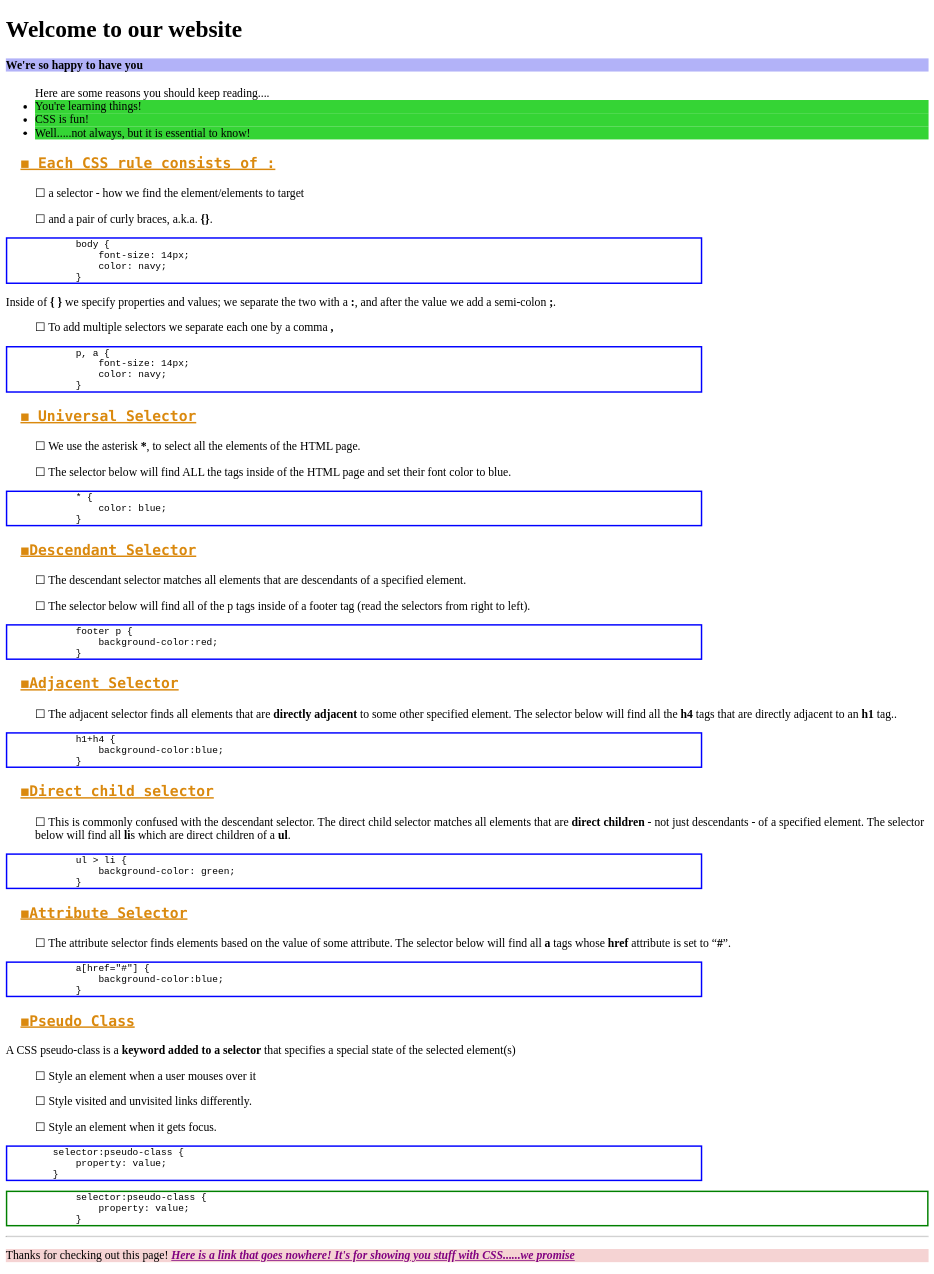
Repository: AnnaSpirit/Tests__
Page: CSS/Useful_Selectors.html
These files come from the project's save history. The page is drawn as it stood at one moment and after the next save; the edit follows.
The browser window is 1280 px wide. The pictures show the whole page, at 73% of full size.

Above is the page before, as saved 2024-04-01 18:02:26.

### CSS/Useful_Selectors.html
<!DOCTYPE html>
<html lang="en">
<head>
    <meta charset="UTF-8">
    <meta name="viewport" content="width=device-width, initial-scale=1.0">
    <title>Useful Selectors</title>
    <link rel="stylesheet" href="style_Selectors.css">
</head>
<body>
    <header>
        <h1>Welcome to our website</h1>
        <h4>We're so happy to have you</h4>
    </header>
    <section>
        <ul> Here are some reasons you should keep reading....
            <li>You're learning things!</li>
            <li>CSS is fun!</li>
            <li>Well.....not always, but it is essential to know!</li>
        </ul>
    </section>
    <section>
        <h3 style="padding-left: 20px;"> &#9724; Each CSS rule consists of :</h3>
            <p style="padding-left: 40px;"> &#9744; a selector - how we find the element/elements to target</p>
            <p style="padding-left: 40px;"> &#9744; and a pair of curly braces, a.k.a. <b>{}</b>.</p>
    <span >
        <pre style="border: 2px solid blue; margin-right: 310px">
            body {
                font-size: 14px;
                color: navy;
            }</pre></span>
    <p>Inside of <b>{ }</b> we specify properties and values; we separate the two with a <b>:</b>, and after the value we add a semi-colon <b>;</b>.</p>
            <p style="padding-left: 40px;"> &#9744; To add multiple selectors we separate each one by a comma <b>,</b></p>
    <span>
        <pre style="border: 2px solid blue; margin-right: 310px">
            p, a {
                font-size: 14px;
                color: navy;
            }</pre>
        </span>
        <h3 style="padding-left: 20px;"> &#9724; Universal Selector</h3>
        <p style="padding-left: 40px;">&#9744; We use the asterisk <b>*</b>, to select all the elements of the HTML page.</p>
        <p style="padding-left: 40px;">&#9744; The selector below will find ALL the tags inside of the HTML page and set their font color to blue.</p>
    <span>
        <pre style="border: 2px solid blue; margin-right: 310px">
            * {
                color: blue;
            }</pre>
    </span>
    <h3 style="padding-left: 20px;"> &#9724;Descendant Selector</h3>
    <p style="padding-left: 40px;">&#9744; The descendant selector matches all elements that are descendants of a specified element.</p>
    <p style="padding-left: 40px;">&#9744; The selector below will find all of the p tags inside of a footer tag (read the selectors from right to left).</p>
    <span>
        <pre style="border: 2px solid blue; margin-right: 310px">
            footer p {
                background-color:red;
            }</pre>
    </span>
    <h3 style="padding-left: 20px;"> &#9724;Adjacent Selector</h3>
    <p style="padding-left: 40px;">&#9744; The adjacent selector finds all elements that are <b>directly adjacent</b> to some other specified element. The selector below
    will find all the <b>h4</b> tags that are directly adjacent to an <b>h1</b> tag..</p>
    <span>
        <pre style="border: 2px solid blue; margin-right: 310px">
            h1+h4 {
                background-color:blue;
            }</pre>
    </span>
    <h3 style="padding-left: 20px;"> &#9724;Direct child selector</h3>
    <p style="padding-left: 40px;">&#9744; This is commonly confused with the descendant selector. The direct child selector matches all elements that are <b>direct
    children</b> - not just descendants - of a specified element. The selector below will find all <b>li</b>s which are direct children
    of a <b>ul</b>.</p>
    <span>
        <pre style="border: 2px solid blue; margin-right: 310px">
            ul > li {
                background-color: green;
            }</pre>
    </span>
    <h3 style="padding-left: 20px;"> &#9724;Attribute Selector</h3>
    <p style="padding-left: 40px;">&#9744; The attribute selector finds elements based on the value of some attribute. The selector below will find all <b>a</b> tags
    whose <b>href</b> attribute is set to “<b>#</b>”.</p>
    <span>
        <pre style="border: 2px solid blue; margin-right: 310px">
            a[href="#"] {
                background-color:blue;
            }</pre>
    </span>

    <h3 style="padding-left: 20px;"> &#9724;Pseudo Class</h3>
    <p>A CSS pseudo-class is a <b> keyword added to a selector</b> that specifies a special state of the selected element(s)</p>
    <p style="padding-left: 40px;">&#9744; Style an element when a user mouses over it</p>
    <p style="padding-left: 40px;">&#9744; Style visited and unvisited links differently.</p>
    <p style="padding-left: 40px;">&#9744; Style an element when it gets focus.</p>
    <span>
        <pre style="border: 2px solid blue; margin-right: 310px">
        selector:pseudo-class {
            property: value;
        }</pre>
    </span>
    <span>
        <pre style="border: 2px solid green";>
            selector:pseudo-class {
                property: value;
            }</pre>
    </span>
    </section>
    <hr>
    <footer>

        <p>
            Thanks for checking out this page!
            <a href="#">Here is a link that goes nowhere! It's for showing you stuff with CSS......we promise</a>
        </p>
    </footer>
</body>
</html>

### CSS/style_Selectors.css
/* Universal Selector */
/* * {
    color: brown;
} */
ul>li {
    background-color: rgb(53, 212, 53);
}

h3{
    color: rgb(218, 137, 14);
    font-family: "Lucida Console", Monaco, monospace;
    font-size: 20px;
    color: #DA890E;
    text-decoration: underline rgb(218, 137, 14);
}
h1+h4 {
    background-color: rgb(178, 178, 248);
}
a[href="#"] {
    color: purple;
    font-weight: bold;
    font-style: italic;
}

footer p {
    background-color: rgb(245, 211, 211);
}

After the next save:
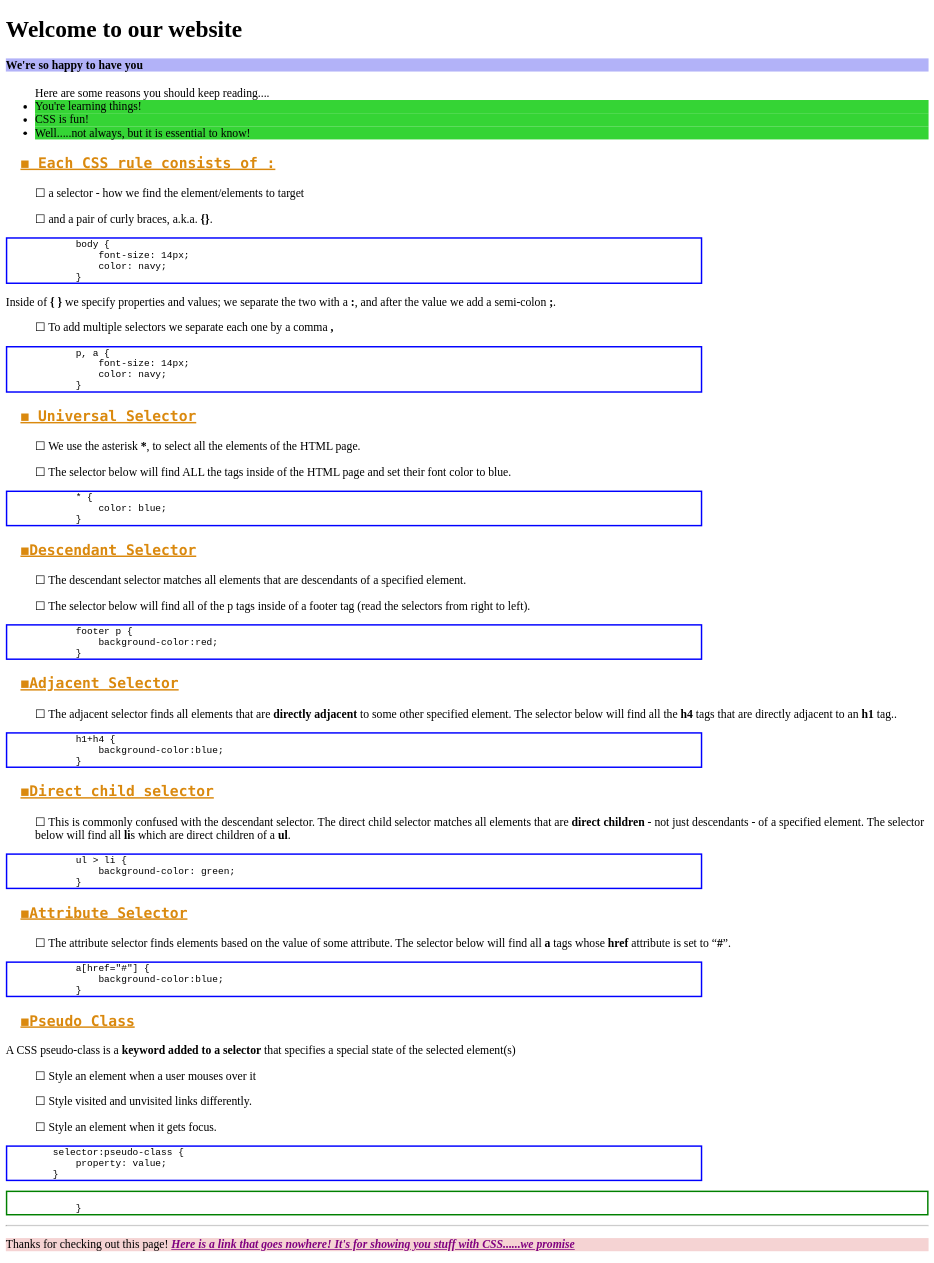
Saved 7 s later.
--- a/CSS/Useful_Selectors.html
+++ b/CSS/Useful_Selectors.html
@@ -97,8 +97,7 @@
     </span>
     <span>
         <pre style="border: 2px solid green";>
-            selector:pseudo-class {
-                property: value;
+
             }</pre>
     </span>
     </section>
